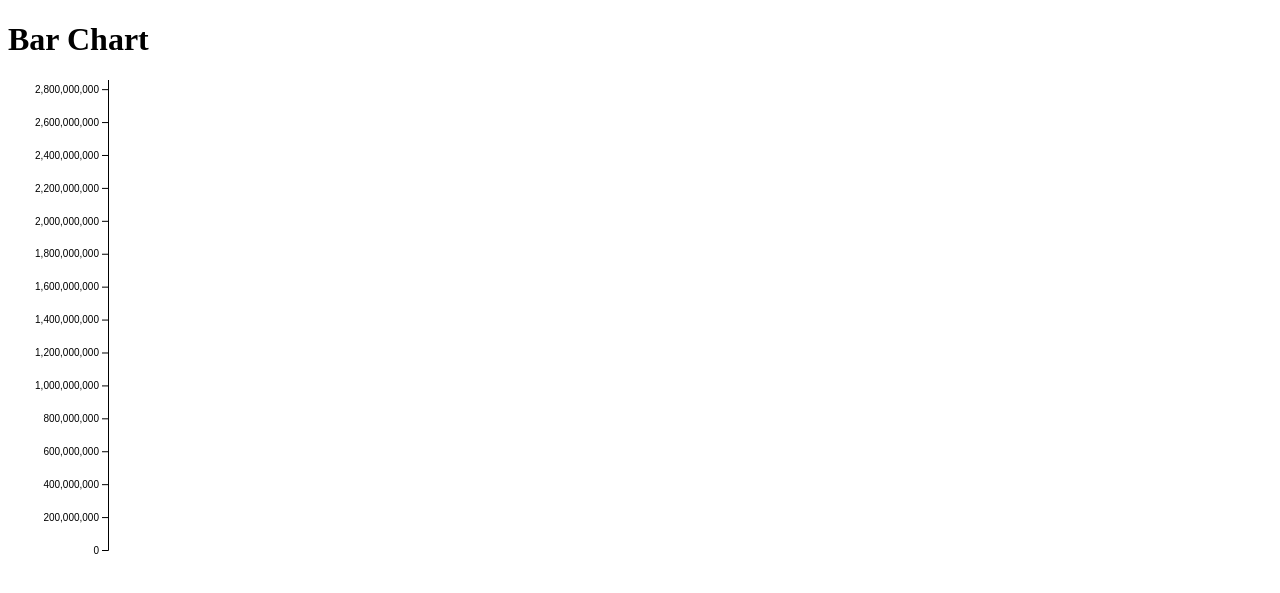
Repository: komalharjani/d3js-visualisation
Page: index.html
These files come from the project's save history. The page is drawn as it stood at one moment and after the next save; the edit follows.
The browser window is 1280 px wide. The pictures show the whole page.

Above is the page before, as saved 2020-04-29 20:37:35.

### index.html
<!DOCTYPE html>
<html lang="en">
<head>
    <meta charset="UTF-8">
    <meta name="viewport" content="width=device-width, initial-scale=1.0">
    <title>Information Visualisation Practical 3</title>
</head>
<body>
    <div id="barChart"></div>
    <h1>Bar Chart</h1>

</body>
<script src="https://d3js.org/d3.v5.min.js"></script>
<script src="index.js"></script>
</html>

### index.js
//1. What the bar chart should represent
//2. Add CSS - colours
//3. Add Filters
//4. Add Transitions

let dataPath = "data/energy.csv";
d3.csv(dataPath)
        .then(function (data) {

                let finals = [];

                console.log(data);

                //Filter Data into new object
                for (let i = 0; i < data.length; i++) {
                        if (data[i].year == 1990) {
                                finals.push({
                                        amount: parseInt(data[i].amount),
                                        type: data[i].energySrc,
                                })
                        }
                }
                console.log(finals);

                let width = 1000;
                let height = 500;
                let margin = {
                        top: 20,
                        right: 20,
                        bottom: 20,
                        left: 50
                };
                let barwidth = (width / finals.length);

                //Append to HTML Document
                let svg = d3.select("body")
                        .append("svg")
                        .attr("height", height)
                        .attr("width", width);

                //Scales
                let xscale = d3.scaleLinear()
                        .domain([0, d3.max(finals, d => d.amount)])
                        .range([0, width]);

                let yscale = d3.scaleLinear()
                        .domain([0, d3.max(finals, d => d.amount)])
                        .range([height, 0]);

                //text scales
                let yscales = d3.scaleBand()
                .domain(data.map(d => d.type))
                .range(0, width);

                //Axis

                let y_axis = d3.axisLeft()
                        .scale(yscale);

                svg.append("g")
                        .attr("transform", "translate(100,-30)")
                        .call(y_axis)


                //X Axis
                // let x_axis = d3.axisBottom()
                //         .scale(xscale);
                // let xAxisTranslate = height - 30;

                // svg.append("g")
                //         .attr("transform", "translate(100,30)")
                //         .call(yscales)

                //Barchart
                svg.selectAll("body") //add rectangles to all data
                        .data(finals) //provide finals as dataset
                        .enter()
                        .append("rect")
                        .attr("y", function (d) {
                                return height - xscale(d.amount);
                        })
                        .attr("height", function (d) {
                                return xscale(d.amount);
                        })
                        .attr("width", barwidth - 5)
                        .attr("transform", function (d, i) {
                                let translate = [100 + barwidth * i,-30];
                                return "translate(" + translate + ")";
                        })
                        .attr("fill", 'black');

                // Barchart Text
                // let text = svg.selectAll("text")
                //         .data(finals)
                //         .enter()
                //         .append("text")
                //         .text(function (d) {
                //                 return d.amount;
                //         })
                //         .attr("y", function (d, i) {
                //                 return height - xscale(d.amount) - 2;
                //         })
                //         .attr("x", function (d, i) {
                //                 return barwidth * i;
                //         })


                        //    /**
        //          * Boundaries
        //          */
        //         let dateBoundaries = d3.extent(data, function (d) {
        //                 return parseFloat(d.year);
        //         });

        //         let energyBoundaries = d3.extent(data, function (d) {
        //                 return parseFloat(d.amount);
        //         });



                //Averages (rollup example)
                var energyAvgType = d3.nest()
                        .key(function (d) {
                                return d.type;
                        })
                        .rollup(function (v) {
                                return d3.mean(v, function (d) {
                                        return d.amount;
                                });
                        })
                        .entries(data);

                /**
                 * Combined USTOTAL Energy Use split by year, type and energy source
                 */
                let usTotal = d3.nest()
                        .key(function (d) {
                                return d.year;
                        })
                        .entries(data);
                console.log(usTotal);


        });

After the next save:
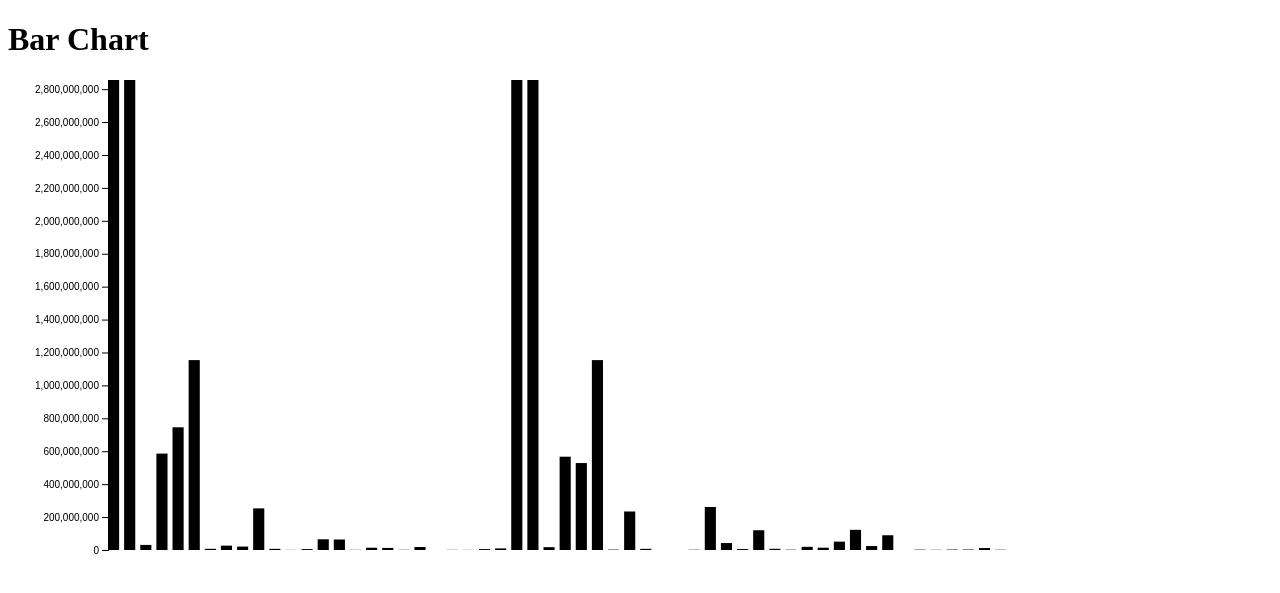
Saved 6 s later.
--- a/index.js
+++ b/index.js
@@ -13,7 +13,7 @@ d3.csv(dataPath)
 
                 //Filter Data into new object
                 for (let i = 0; i < data.length; i++) {
-                        if (data[i].year == 1990) {
+                        if (data[i].region == "Combined" && data[i].year == 1990) {
                                 finals.push({
                                         amount: parseInt(data[i].amount),
                                         type: data[i].energySrc,
@@ -138,6 +138,7 @@ d3.csv(dataPath)
                                 return d.year;
                         })
                         .entries(data);
+                usTotal.shift();
                 console.log(usTotal);
 
 
